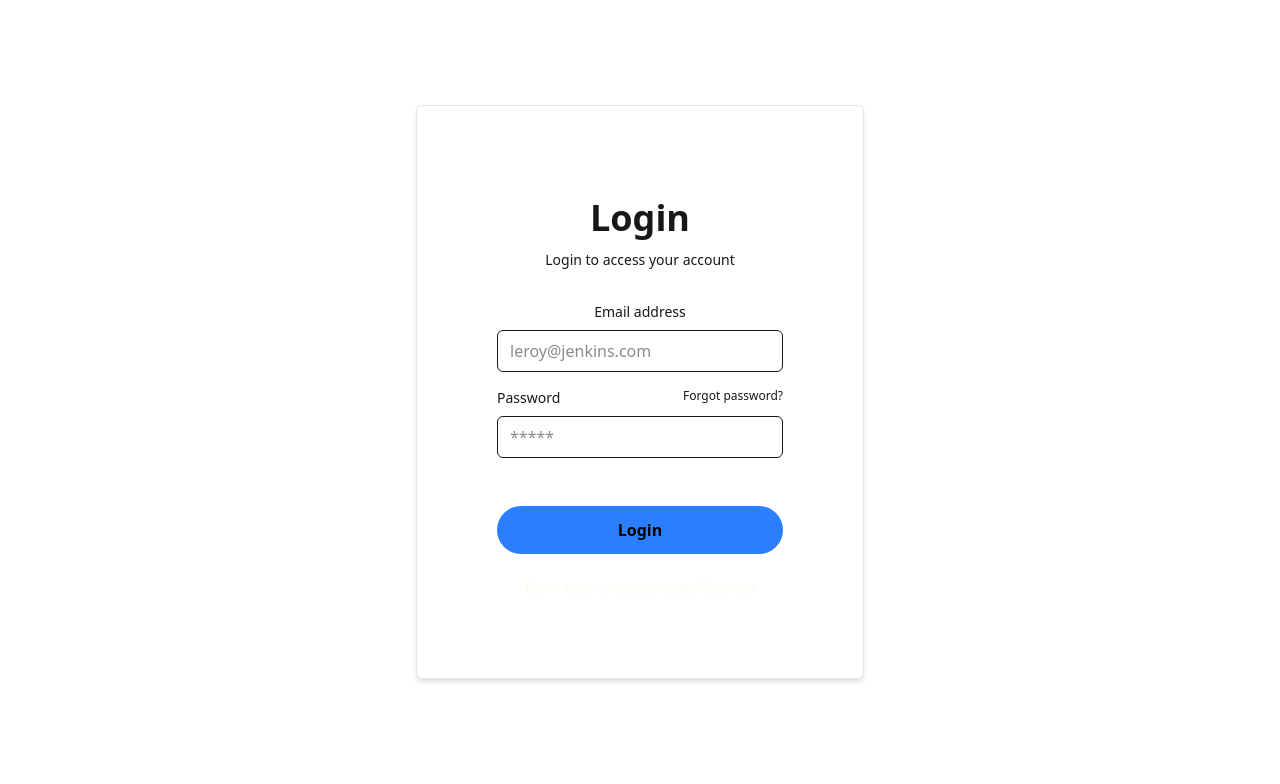
Repository: syedbayzid82849/DevForum_client_site
Page: /login
These files come from the project's save history. The page is drawn as it stood at one moment and after the next save; the edit follows.
The browser window is 1280 px wide. The pictures show the whole page.
The project was rebuilt for these pictures with package versions that can differ from the ones it lists, and the page was loaded fresh each time. Also part of the build but not shown: vite.config.js, src/App.jsx, src/components/Navbar/JoinUsModal.jsx, src/components/Navbar/Navbar.jsx, src/layouts/MainLayout/MainLayout.jsx, src/pages/Home/HeroSection.jsx, src/pages/Home/Home.jsx, src/pages/Authentication/Register.jsx.

Above is the page before, as saved 2025-07-08 22:55:40.

### src/main.jsx
import { StrictMode } from 'react'
import { createRoot } from 'react-dom/client'
import './index.css'
import App from './App.jsx'
import { RouterProvider } from 'react-router'
import router from './Routers/router.jsx'
import AuthProvider from './context/AuthProvider.jsx'

createRoot(document.getElementById('root')).render(
  <StrictMode>
    <AuthProvider>
      <RouterProvider router={router} />
    </AuthProvider>
  </StrictMode>,
)

### src/Routers/router.jsx
import React from 'react';
import { createBrowserRouter } from 'react-router';
import MainLayout from '../layouts/MainLayout/MainLayout';
import Login from '../pages/Authentication/Login';
import Home from '../pages/Home/Home';
import AuthLayout from '../pages/Authentication/AuthLayout';
import Register from '../pages/Authentication/Register';

const router = createBrowserRouter([
    {
        path: "/",
        element: <MainLayout></MainLayout>,
        children: [
            {
                index: true,
                element: <Home />,
            },
        ],
    },
    {
        path: "/",
        element: <AuthLayout />,
        children: [
            {
                path: "/login",
                element: <Login />,
            },
            {
                path: "/register",
                element: <Register />,
            },
        ],
    },
]);

export default router;

### src/context/AuthProvider.jsx
import React, { useEffect, useState } from 'react';
import { createUserWithEmailAndPassword, GithubAuthProvider, GoogleAuthProvider, onAuthStateChanged, signInWithEmailAndPassword, signInWithPopup, signOut, updateProfile } from "firebase/auth";
import { AuthContext } from '../context/AuthContext';
import { auth } from '../firebase/firebase.init';


const AuthProvider = ({ children }) => {
    const provider = new GoogleAuthProvider();
    // loading
    const [loading, setLoading] = useState(true);
    // user chack
    const [user, setUser] = useState(null);
    console.log(user);

    // create user with name, email, password, photoURL
    const createUserWithEP = (email, password) => {
        setLoading(true);
        return createUserWithEmailAndPassword(auth, email, password)
    }

    // log in user with email and password
    const loginUserWithEP = (email, password) => {
        setLoading(true);
        return signInWithEmailAndPassword(auth, email, password)
    }

    // sign in with google
    const userWithGoogle = () => {
        setLoading(true);
        return signInWithPopup(auth, provider)
    }


    // update user profile (new function)
    const updateUserProfile = (name, photo) => {
        setLoading(true);
        return updateProfile(auth.currentUser, {
            displayName: name,
            photoURL: photo
        });
    }

    // sign out user
    const signOutUser = () => {
        setLoading(true);
        return signOut(auth);
    }

    // // get all courses from the server
    // const getAllCourses = () => {
    //     setLoading(true);
    //     return axios.get('https://academix-hub-server.vercel.app/all-course')
    //         .then(response => {
    //             setLoading(false);
    //             return response.data;
    //         })
    //         .catch(error => {
    //             console.error("Error fetching courses:", error);
    //             throw error;
    //         });
    // }

    // user check
    useEffect(() => {
        const unsubscribe = onAuthStateChanged(auth, (currentUser) => {
            setUser(currentUser);
            setLoading(false);
        });
        return () => unsubscribe();
    }, []);



    const authInformation = {
        user,
        setUser,
        loading,
        setLoading,
        createUserWithEP,
        loginUserWithEP,
        userWithGoogle,
        updateUserProfile,
        signOutUser,
    };
    return (
        <AuthContext.Provider value={authInformation}>
            {children}
        </AuthContext.Provider>
    );
};

export default AuthProvider;

### src/pages/Authentication/Login.jsx
import React from 'react';
import { useForm } from 'react-hook-form';
import { NavLink } from 'react-router';

const Login = () => {
    const { register, handleSubmit, formState: { errors } } = useForm();

    const onSubmit = (data) => {
        console.log("Login Data:", data);
        // data.email, data.password এখানে পাওয়া যাবে
    };

    return (
        <div className="flex flex-col max-w-md mx-auto items-center p-6 rounded-md sm:p-10 ">
            <div className="mb-8 text-center">
                <h1 className="my-3 text-4xl font-bold">Login</h1>
                <p className="text-sm dark:text-gray-600">Login to access your account</p>
            </div>

            <form onSubmit={handleSubmit(onSubmit)} className="space-y-12 w-full">
                <div className="space-y-4">
                    <div>
                        <label htmlFor="email" className="block mb-2 text-sm">Email address</label>
                        <input
                            type="email"
                            id="email"
                            placeholder="leroy@jenkins.com"
                            className="w-full px-3 py-2 border rounded-md dark:border-gray-300 dark:bg-gray-50 dark:text-gray-800"
                            {...register("email", { required: "Email is required" })}
                        />
                        {errors.email && <p className="text-red-500 text-sm">{errors.email.message}</p>}
                    </div>

                    <div>
                        <div className="flex justify-between mb-2">
                            <label htmlFor="password" className="text-sm">Password</label>
                            <a href="#" className="text-xs hover:underline dark:text-gray-600">Forgot password?</a>
                        </div>
                        <input
                            type="password"
                            id="password"
                            placeholder="*****"
                            className="w-full px-3 py-2 border rounded-md dark:border-gray-300 dark:bg-gray-50 dark:text-gray-800"
                            {...register("password", { required: "Password is required" })}
                        />
                        {errors.password && <p className="text-red-500 text-sm">{errors.password.message}</p>}
                    </div>
                </div>

                <div className="space-y-2">
                    <div>
                        <button type="submit" className="w-full px-8 py-3 font-semibold rounded-4xl mb-4 bg-blue-500 text-black ">
                            Login
                        </button>
                    </div>
                    <p className="px-6 text-sm text-center text-amber-50 ">Don't have an account yet?
                        <NavLink to="/register"><span className="hover:underline text-amber-50"> Sign up</span></NavLink>
                    </p>
                </div>
            </form>
        </div>
    );
};

export default Login;

### src/pages/Authentication/AuthLayout.jsx
import React from 'react';
import { Outlet } from 'react-router';

const AuthLayout = () => {
    return (
        <div className="min-h-screen flex items-center justify-center  dark:bg-gray-900">
            <div className="w-full max-w-md px-6 rounded-md sm:p-10 border border-gray-200 bg-white dark:bg-gray-800 dark:text-gray-100 shadow-md">
                <Outlet />
            </div>
        </div>
    );
};

export default AuthLayout;

### src/firebase/firebase.init.js
// Import the functions you need from the SDKs you need
import { initializeApp } from "firebase/app";
import { getAuth } from "firebase/auth";

// TODO: Add SDKs for Firebase products that you want to use
// https://firebase.google.com/docs/web/setup#available-libraries

// Your web app's Firebase configuration
const firebaseConfig = {
    apiKey: import.meta.env.VITE_apiKey, // Use VITE_ prefix for environment variables in Vite
    authDomain: import.meta.env.VITE_authDomain, // Use VITE_ prefix for environment variables in Vite
    projectId: import.meta.env.VITE_projectId, // Use VITE_ prefix for environment variables in Vite
    storageBucket: import.meta.env.VITE_storageBucket, // Use VITE_ prefix for environment variables in Vite
    messagingSenderId: import.meta.env.VITE_messagingSenderId, // Use VITE_ prefix for environment variables in Vite
    appId: import.meta.env.VITE_appId // Use VITE_ prefix for environment variables in Vite
};

// Initialize Firebase
const app = initializeApp(firebaseConfig);


// Initialize Firebase Authentication and get a reference to the service
export const auth = getAuth(app);

Loaded but not shown: index.html (common file); src/index.css (common file); src/App.css (common file); src/context/AuthContext.jsx (common file)

After the next save:
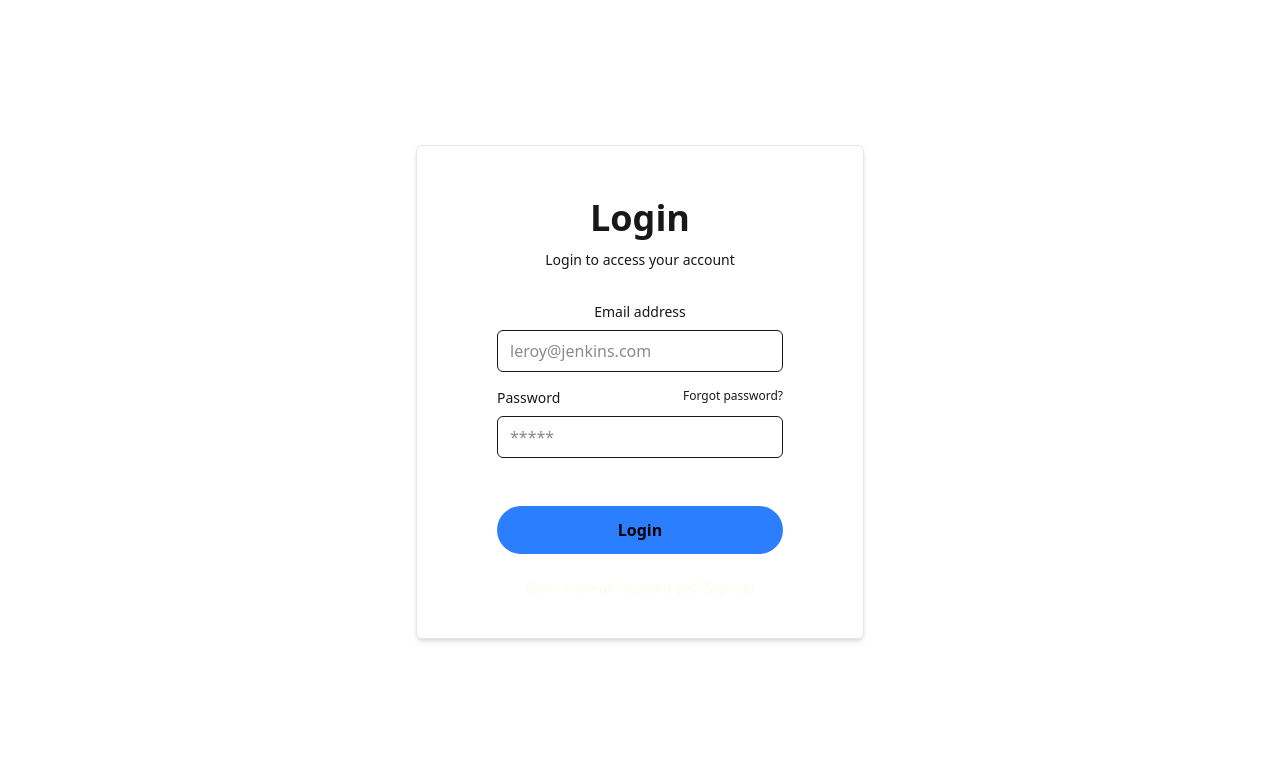
Saved 14 s later.
--- a/src/pages/Authentication/AuthLayout.jsx
+++ b/src/pages/Authentication/AuthLayout.jsx
@@ -4,7 +4,7 @@ import { Outlet } from 'react-router';
 const AuthLayout = () => {
     return (
         <div className="min-h-screen flex items-center justify-center  dark:bg-gray-900">
-            <div className="w-full max-w-md px-6 rounded-md sm:p-10 border border-gray-200 bg-white dark:bg-gray-800 dark:text-gray-100 shadow-md">
+            <div className="w-full max-w-md px-6 rounded-md sm:px-10 border border-gray-200 bg-white dark:bg-gray-800 dark:text-gray-100 shadow-md">
                 <Outlet />
             </div>
         </div>
